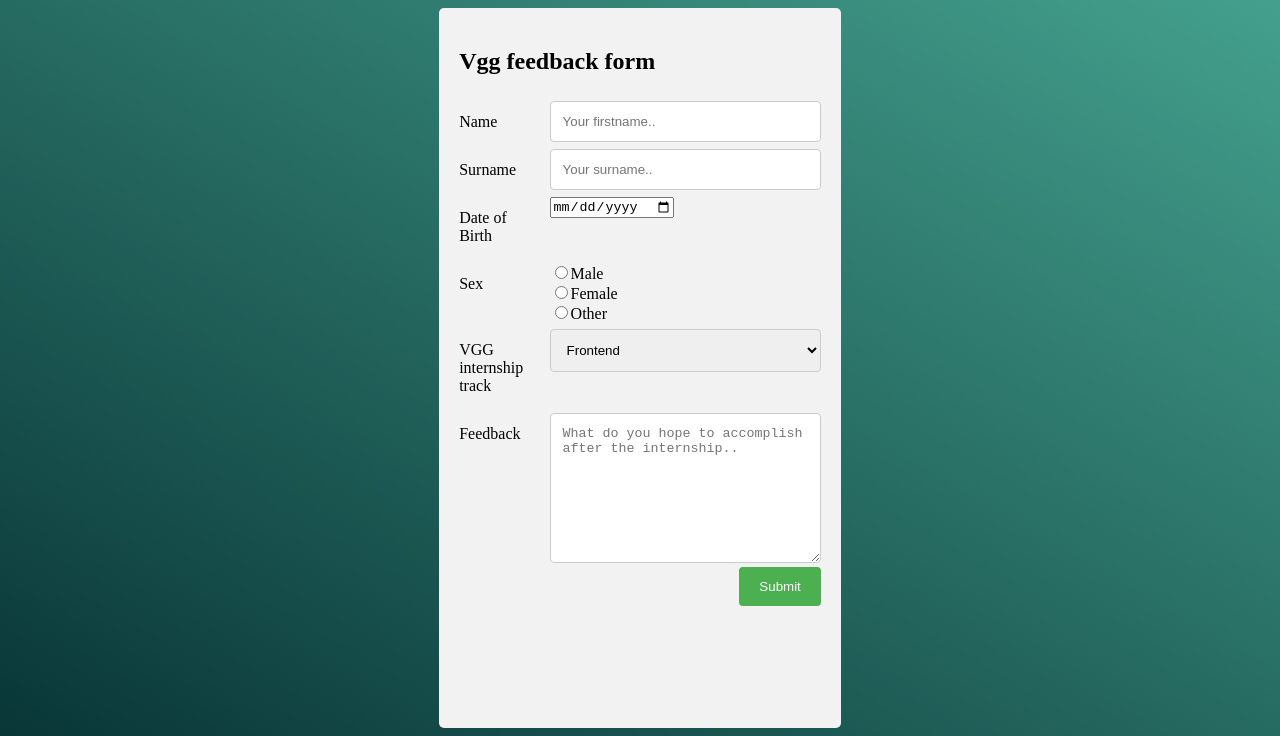
Repository: iphyokafor/VGG-Feedback-form
Page: index2.html
The author's editor kept a copy of each file at every save. The page is drawn from the files as they stood at one save, then again after the next save.
The browser window is 1280 px wide. The pictures show the whole page.

Above is the page before, as saved 2020-01-13 00:49:34.

After the next save:
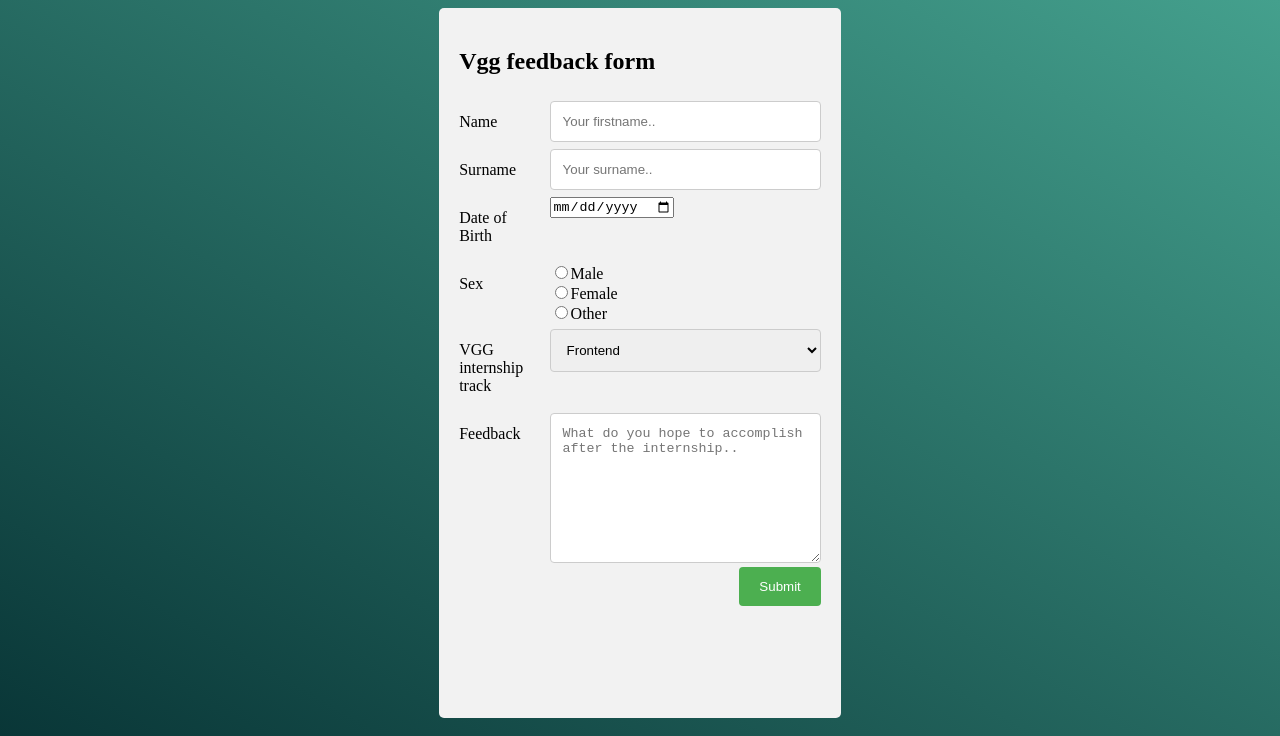
Saved 74 s later.
--- a/main.css
+++ b/main.css
@@ -53,7 +53,7 @@ label {
     border-radius: 5px;
     background-color: #f2f2f2;
     padding: 20px;
-    min-height: 50%;
+    margin-bottom: 10px;
     box-shadow: 0 -5px -8px rgba(0, 0, 0, 0.1) inset;
     transition: border 0.15s linear 0s, linear 0s, color 0.15s linear 0s;
 }

After the save that followed:
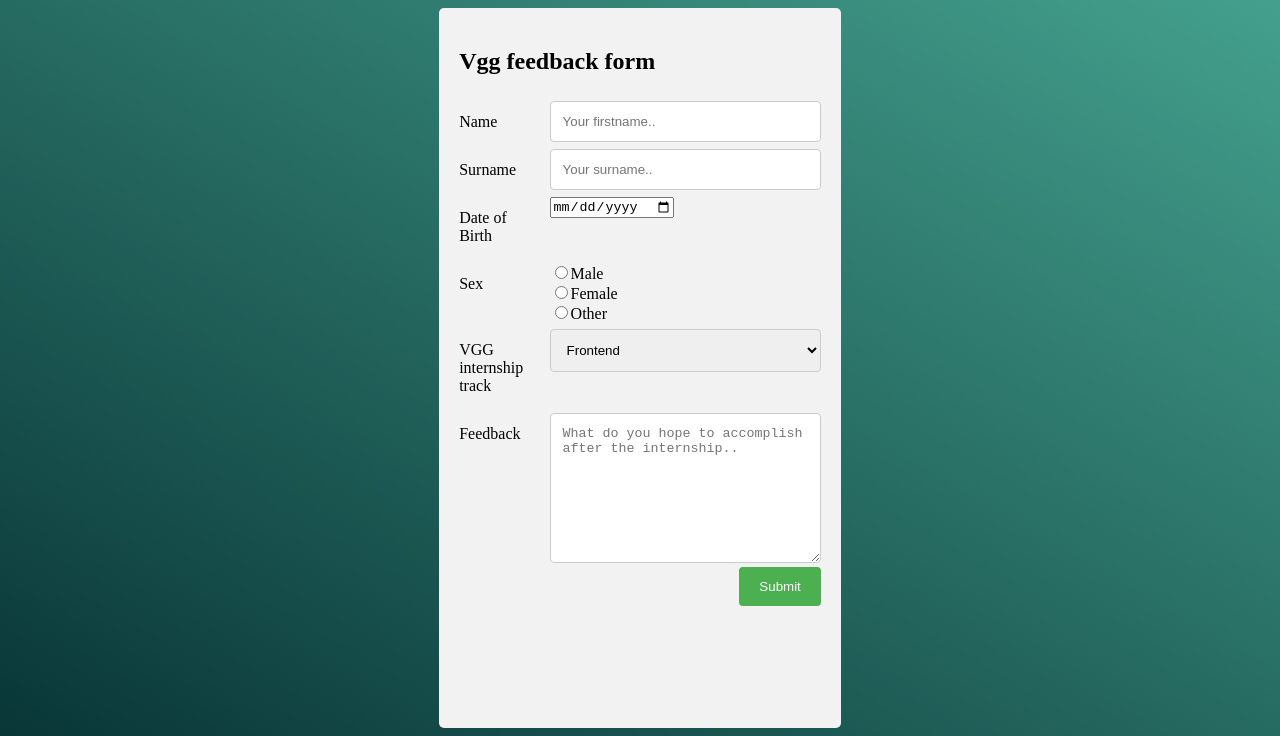
Saved 55 s later.
--- a/main.css
+++ b/main.css
@@ -53,8 +53,7 @@ label {
     border-radius: 5px;
     background-color: #f2f2f2;
     padding: 20px;
-    margin-bottom: 10px;
-    box-shadow: 0 -5px -8px rgba(0, 0, 0, 0.1) inset;
+    box-shadow: 0 -5px -8px rgba(0, 0, 0, 0.1);
     transition: border 0.15s linear 0s, linear 0s, color 0.15s linear 0s;
 }
 
